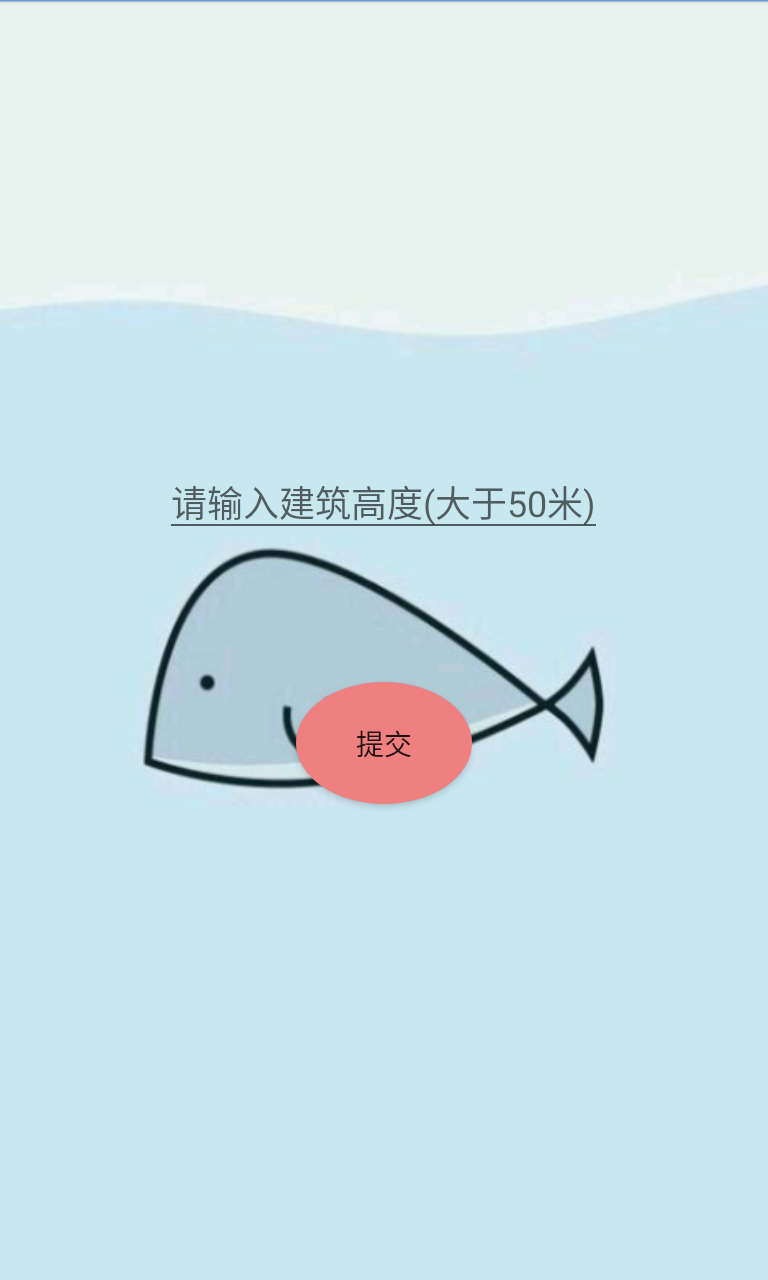
Repository: hohoTT/fireWork_handle_app
Layout: fireWork_handle_app/res/layout/water_power_pump_high.xml
The author's editor kept a copy of each file at every save. The layout is drawn from the files as they stood at one save, then again after the next save.
It is drawn on a 768 x 1280 px phone screen (xhdpi) without system bars, with theme AppTheme; the app's code is not run.

Above is the layout before, as saved 2016-03-06 12:11:15.

After the next save:
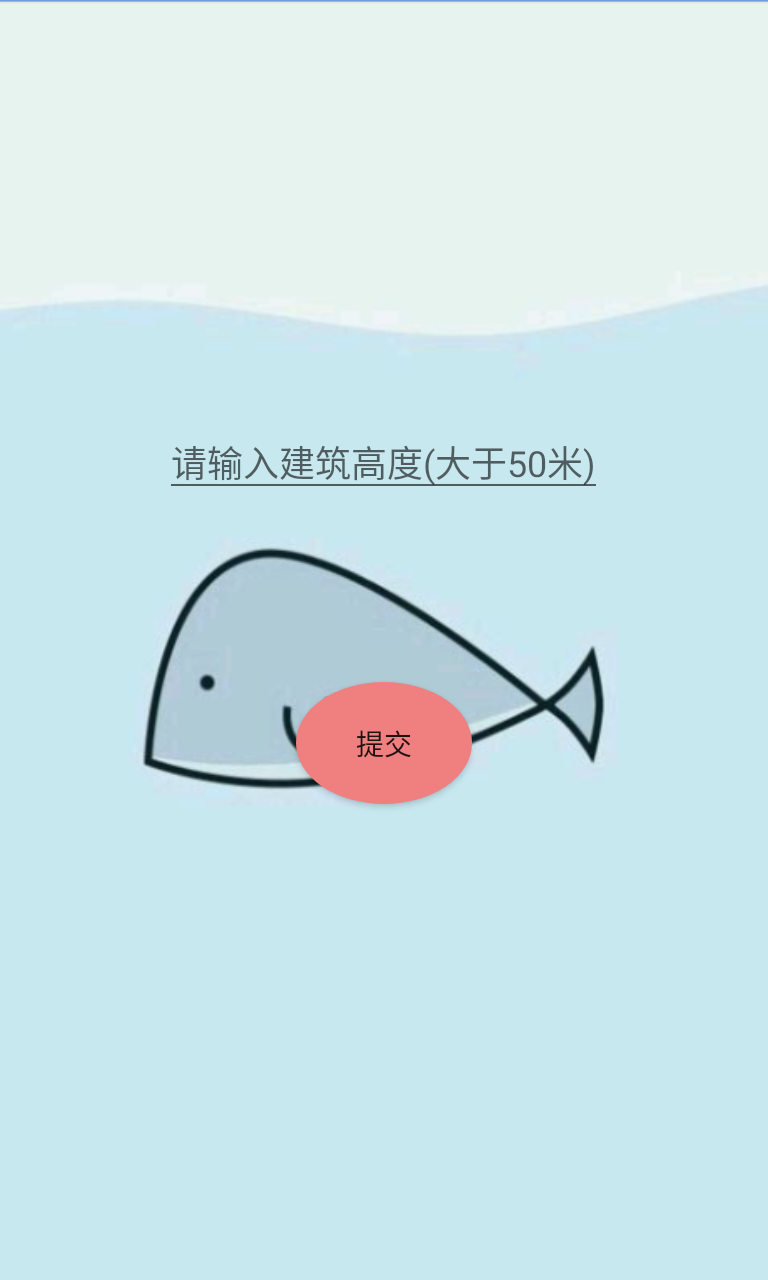
Saved 6 s later.
--- a/fireWork_handle_app/res/layout/water_power_pump_high.xml
+++ b/fireWork_handle_app/res/layout/water_power_pump_high.xml
@@ -19,7 +19,7 @@
         android:layout_width="wrap_content"
         android:layout_height="wrap_content"
         android:layout_gravity="center"
-	    android:layout_margin="40dp"
+	    android:layout_margin="60dp"
 	    android:padding="20dp"
         android:text="@string/btn_send"
         android:background="@drawable/shape_three" />
